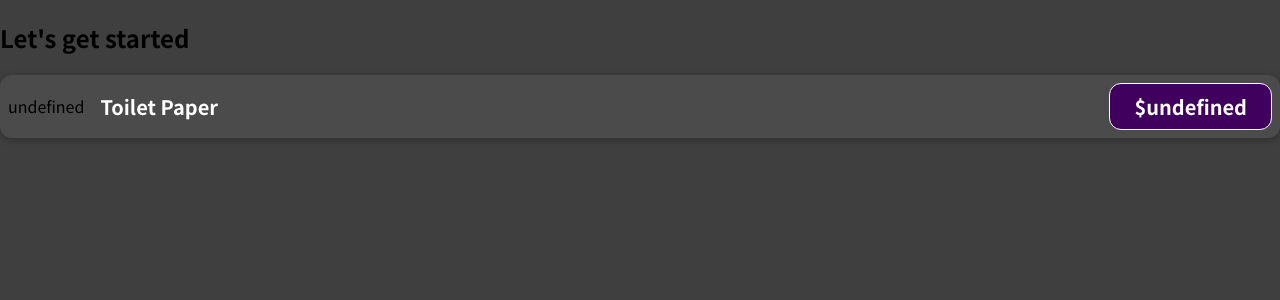
Repository: runner855/expense-tracker
Page: /
These files come from the project's save history. The page is drawn as it stood at one moment and after the next save; the edit follows.
The browser window is 1280 px wide. The pictures show the whole page.
The project was rebuilt for these pictures with package versions that can differ from the ones it lists, and the page was loaded fresh each time.

Above is the page before, as saved 2022-09-02 13:04:34.

### src/index.js
import React from 'react';
import ReactDOM from 'react-dom/client';
import expenses from './data/expenses.json';
import './styles/index.css';
import App from './components/App';

const root = ReactDOM.createRoot(document.getElementById('root'));
root.render(
  <React.StrictMode>
    <App expenses={expenses.expenses} location={expenses.location} />
  </React.StrictMode>
);

### src/data/expenses.json
{
  "location": {
    "city": "Manchester",
    "country": "UK"
  },
  "expenses": [
    {
      "id": "e1",
      "title": "Toilet Paper",
      "amount": 94.12,
      "date": "new Date(2020, 7, 14)"
    },
    {
      "id": "e2",
      "title": "New TV",
      "amount": 799.49,
      "date": "new Date(2021, 2, 12)"
    },
    {
      "id": "e3",
      "title": "Car Insurance",
      "amount": 294.67,
      "date": "new Date(2021, 2, 28)"
    },
    {
      "id": "e4",
      "title": "New Desk (Wooden)",
      "amount": 450,
      "date": "new Date(2021, 5, 12)"
    }
  ]
}

### src/components/App.js
import React from 'react';
import ExpenseItem from '../components/ExpenseItem';


const App = (props) => {
  console.log(props)





  return (
    <div className="App">
      <h2>Let's get started</h2>
      <ExpenseItem city={props.location.city} country={props.location.country} title={props.expenses[0].title} />



    </div>
  );
}

export default App;

### src/components/ExpenseItem.js
import React from 'react';
import '../styles/ExpenseItem.css'


const ExpenseItem = (props) => {

  const { date, title, amount } = props;

  return (
    <div className='expense-item'>
      <div className='expense-item__date'>
        {`${date}`}
      </div>
      <div className='expense-item__description'>
        <h2>{`${title}`}</h2>
        <div className='expense-item__price'>
          ${`${amount}`}
        </div>
      </div>
    </div>)
}

export default ExpenseItem;

### src/styles/ExpenseItem.css
.expense-item {
  display: flex;
  justify-content: space-between;
  align-items: center;
  box-shadow: 0 2px 8px rgba(0, 0, 0, 0.25);
  padding: 0.5rem;
  margin: 1rem 0;
  border-radius: 12px;
  background-color: #4b4b4b;
}

.expense-item__description {
  display: flex;
  flex-direction: column;
  gap: 1rem;
  align-items: flex-end;
  flex-flow: column-reverse;
  justify-content: flex-start;
  flex: 1;
}

.expense-item h2 {
  color: #3a3a3a;
  font-size: 1rem;
  flex: 1;
  margin: 0 1rem;
  color: white;
}

.expense-item__price {
  font-size: 1rem;
  font-weight: bold;
  color: white;
  background-color: #40005d;
  border: 1px solid white;
  padding: 0.5rem;
  border-radius: 12px;
}

@media (min-width: 580px) {
  .expense-item__description {
    flex-direction: row;
    align-items: center;
    justify-content: flex-start;
    flex: 1;
  }

  .expense-item__description h2 {
    font-size: 1.25rem;
  }

  .expense-item__price {
    font-size: 1.25rem;
    padding: 0.5rem 1.5rem;
  }
}

Loaded but not shown: public/index.html (common file); src/styles/index.css (common file)

After the next save:
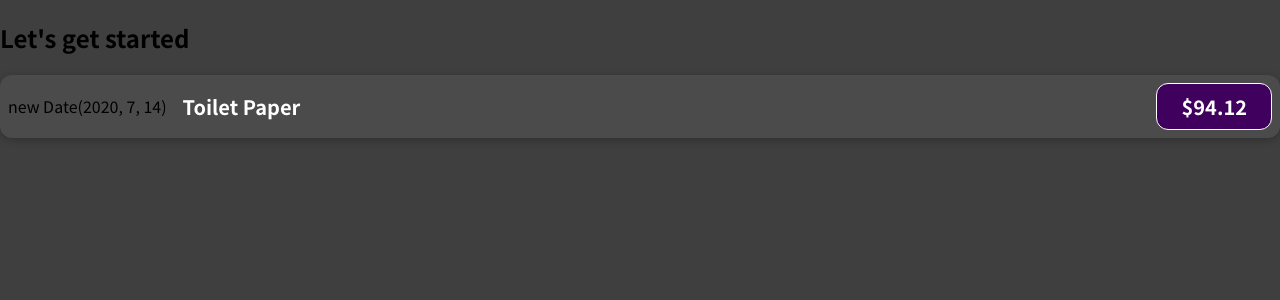
Saved 68 s later.
--- a/src/components/App.js
+++ b/src/components/App.js
@@ -12,7 +12,7 @@ const App = (props) => {
   return (
     <div className="App">
       <h2>Let's get started</h2>
-      <ExpenseItem city={props.location.city} country={props.location.country} title={props.expenses[0].title} />
+      <ExpenseItem date={props.expenses[0].date} title={props.expenses[0].title} amount={props.expenses[0].amount} />
 
 
 
